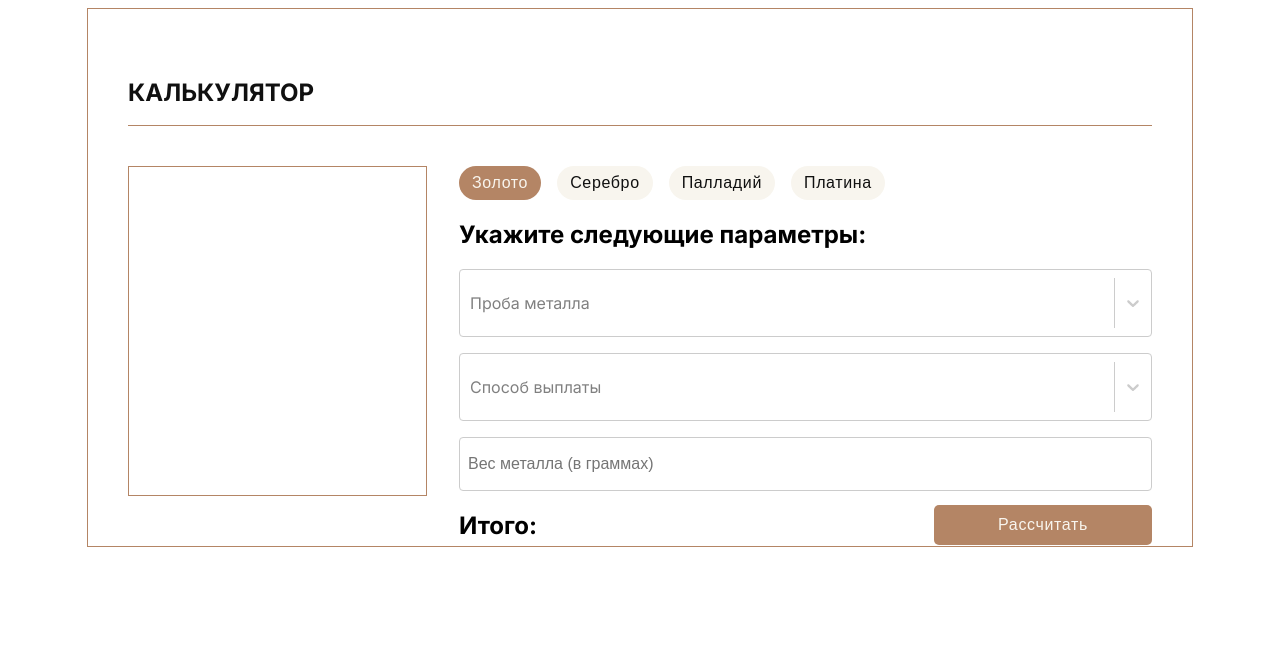
Repository: Kirill2034/Calculator-metal
Page: /
An editor plug-in stored every save of this project. The page is shown before and after the next save, followed by the edit.
The browser window is 1280 px wide. The pictures show the whole page.
The project was rebuilt for these pictures with package versions that can differ from the ones it lists, and the page was loaded fresh each time.

Above is the page before, as saved 2021-11-27 20:22:13.

### public/index.html
<!DOCTYPE html>
<html lang="en">
  <head>
    <meta charset="utf-8" />
    <meta name="viewport" content="width=device-width, initial-scale=1" />

    <link rel="preconnect" href="https://fonts.googleapis.com">
    <link rel="preconnect" href="https://fonts.gstatic.com" crossorigin>
    <link href="https://fonts.googleapis.com/css2?family=Inter:wght@300;400;500;700&display=swap" rel="stylesheet">

    <title>Калькулятор</title>
  </head>
  <body>
    <div id="root"></div>
  </body>
</html>

### src/App.js
import React, { useState } from 'react';
import './App.css';
import {BtnRadio} from './components/BtnRadio';
import Select from 'react-select';

const metals = [
  {
    id: 1,
    code: "gold",
    title: "Золото",
    finenessList: [
      {id: 1, value: 375, cash: 90, checkingAccount: 100},
      {id: 2, value: 575, cash: 190, checkingAccount: 250}
    ]
  },
  {
    id: 2,
    code: "argent",
    title: "Серебро",
    finenessList: [
      {id: 1, value: 460, cash: 290, checkingAccount: 200},
      {id: 2, value: 700, cash: 390, checkingAccount: 350}
    ]
  },
  {
    id: 3,
    code: "palladium",
    title: "Палладий",
    finenessList: [
      {id: 1, value: 800, cash: 490, checkingAccount: 400},
      {id: 2, value: 500, cash: 590, checkingAccount: 550}
    ]
  },
  {
    id: 4,
    code: "platinum",
    title: "Платина",
    finenessList: [
      {id: 1, value: 300, cash: 690, checkingAccount: 600},
      {id: 2, value: 500, cash: 790, checkingAccount: 750}
    ]
  },
]

const payments = [
  {
    value: "cash",
    label: "Наличные"
  },
  {
    value: "checkingAccount",
    label: "На расчётный счёт"
  }
]


const App = () => {
  const [metal, setMetal] = useState(metals[0]);
  const [fineness, setFineness] =  useState(null);
  const [payment, setPayment] = useState(null);
  const [gramms, setGramms] = useState('');
  const [sum, setSum] = useState('');


  const onMetalChange = (newMetalValue) => {
    setMetal(newMetalValue);

    onFinenessChange(null);
    setSum('');
  };

  const onFinenessChange = (newFinenessValue) => {
    setFineness(newFinenessValue);
  };

  const onPaymentChange = (newPaymentValue) => {
    setPayment(newPaymentValue);
  }

  const onGrammsChange = (event) => {
    setGramms(event.target.value);
  }

  const onCount = () => {
    console.log(fineness)
    console.log(payment)
    const grammPrice = fineness.value[payment.value];
    const totalSum = grammPrice * parseInt(gramms);
    setSum(totalSum)
  }


  return (
    <div className="App">
      <div className="title">
        <h2>Калькулятор</h2>
      </div>
      <div className="calculator">
        <div className="metal-image"></div>
        <div className="content">
          <div className="check-metal">
            {metals.map((item) => (
            <BtnRadio
              key={item.id}
              title={item.title}
              selected={metal.id === item.id}
              onClick={() => onMetalChange(item)}
              />
          ))}
          </div>
          <div className="select-prop-metal">
            <h2>Укажите следующие параметры:</h2>
            <Select className="select" value={fineness} onChange={onFinenessChange} options={metal.finenessList.map(item => ({value: item, label: item.value}))} placeholder="Проба металла" />
            <Select className="select" value={payment} onChange={onPaymentChange} options={payments} placeholder="Способ выплаты"/>
            <input type="number" value={gramms} onChange={onGrammsChange} placeholder="Вес металла (в граммах)"/>
          </div>
          <div className="calculate">
            <h2>Итого:{sum}</h2>
            <button onClick={onCount}>Рассчитать</button>
          </div>
        </div>
      </div>
    </div>
  );
}

export default App;

### src/App.css
.App {width: 1024px; height: 537px; border: 1px solid #B48565; margin: 0 auto; font-family: 'Inter', sans-serif; padding: 0 40px;}
.App .title {border-bottom: 1px solid #B48565; text-transform: uppercase; font-weight: 900; font-size: 16px; line-height: 24px; color: #101010; margin-top: 72px; margin-bottom: 40px;}

.App .calculator {display: flex;}
.App .calculator .metal-image {width: 30%; height: 328px; border: 1px solid #B48565; margin-right: 32px;}
.App .calculator .content {width: 70%;}
.App .calculator .calculate {display: flex; align-items: center; justify-content: space-between}
.App .calculator .calculate button {border: none; box-shadow: none; outline: none; background: #B48565; border-radius: 5px; font-weight: normal; font-size: 16px; line-height: 24px; letter-spacing: 0.04em; color: #F8F5EE; padding: 8px 64px; cursor: pointer;}
.App .calculator .select-prop-metal input {-webkit-box-align: center; align-items: center; background-color: hsl(0, 0%, 100%); border-color: hsl(0, 0%, 80%); border-radius: 4px; border-style: solid; border-width: 1px; cursor: default; display: flex; flex-wrap: wrap; -webkit-box-pack: justify; justify-content: space-between; min-height: 38px; outline: 0!important; position: relative; transition: all 100ms; box-sizing: border-box; height: 54px; padding: 2px 8px; width: 100%; font-size: 16px; line-height: 24px; color: #101010}
.App .select {margin-bottom: 16px;}

### src/components/BtnRadio/index.js
import BtnRadio from './BtnRadio.js';
export {BtnRadio};

### src/components/BtnRadio/BtnRadio.js
import React from 'react';
import './BtnRadio.css';
import cn from "classnames";

const BtnRadio = ({title, selected, onClick}) => {
    return (
        <button
            className={cn("BtnRadio", {selected})}
            onClick={onClick}
        >{title}</button>
    )
}

export default BtnRadio;

### src/components/BtnRadio/BtnRadio.css
.BtnRadio {border: 1px solid transparent; box-shadow: none; outline: none; background: #F8F5EE; border-radius: 100px; padding: 4px 12px; color: #101010; font-weight: normal; font-size: 16px; line-height: 24px; letter-spacing: 0.04em; margin-right: 16px; cursor: pointer;}
.BtnRadio:hover {border: 1px solid #B48565; cursor: pointer;}
.BtnRadio.selected {color: #F8F5EE; background: #B48565;}

Loaded but not shown: src/index.js (common file)

After the next save:
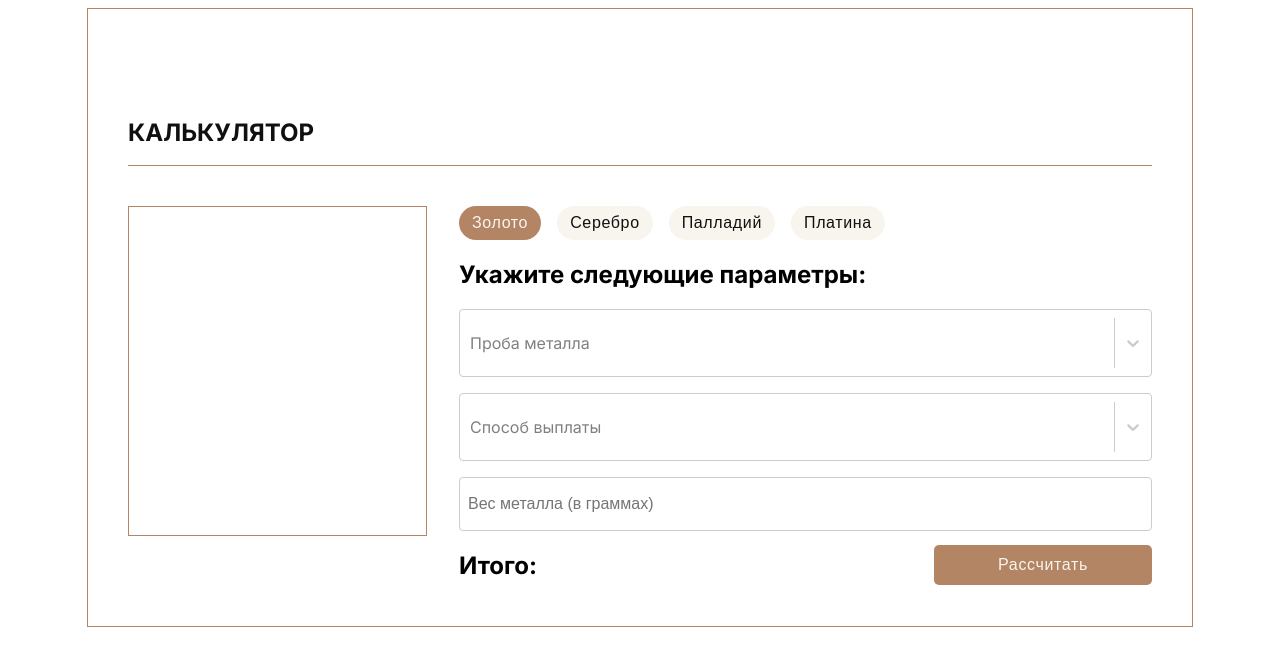
Saved 2 min 46 s later.
--- a/src/App.css
+++ b/src/App.css
@@ -1,4 +1,4 @@
-.App {width: 1024px; height: 537px; border: 1px solid #B48565; margin: 0 auto; font-family: 'Inter', sans-serif; padding: 0 40px;}
+.App {width: 1024px; height: 537px; border: 1px solid #B48565; margin: 0 auto; font-family: 'Inter', sans-serif; padding: 40px;}
 .App .title {border-bottom: 1px solid #B48565; text-transform: uppercase; font-weight: 900; font-size: 16px; line-height: 24px; color: #101010; margin-top: 72px; margin-bottom: 40px;}
 
 .App .calculator {display: flex;}

After the save that followed:
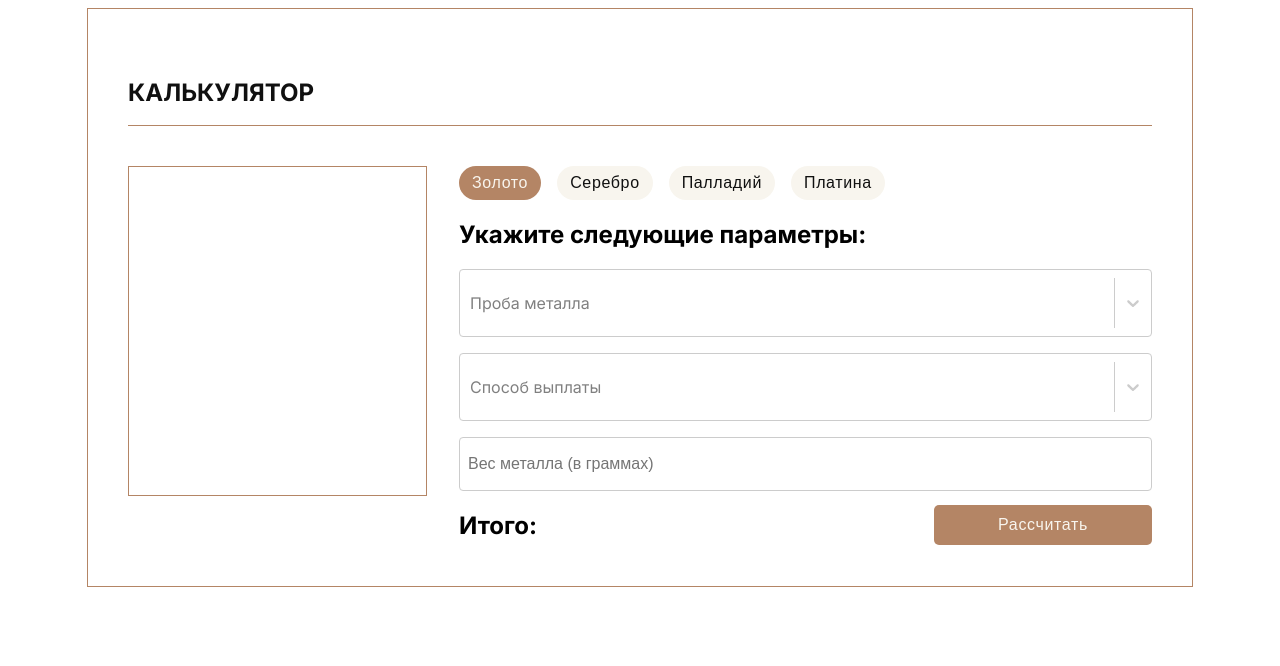
Saved 22 s later.
--- a/src/App.css
+++ b/src/App.css
@@ -1,4 +1,4 @@
-.App {width: 1024px; height: 537px; border: 1px solid #B48565; margin: 0 auto; font-family: 'Inter', sans-serif; padding: 40px;}
+.App {width: 1024px; height: 537px; border: 1px solid #B48565; margin: 0 auto; font-family: 'Inter', sans-serif; padding: 0 40px; padding-bottom: 40px;}
 .App .title {border-bottom: 1px solid #B48565; text-transform: uppercase; font-weight: 900; font-size: 16px; line-height: 24px; color: #101010; margin-top: 72px; margin-bottom: 40px;}
 
 .App .calculator {display: flex;}
